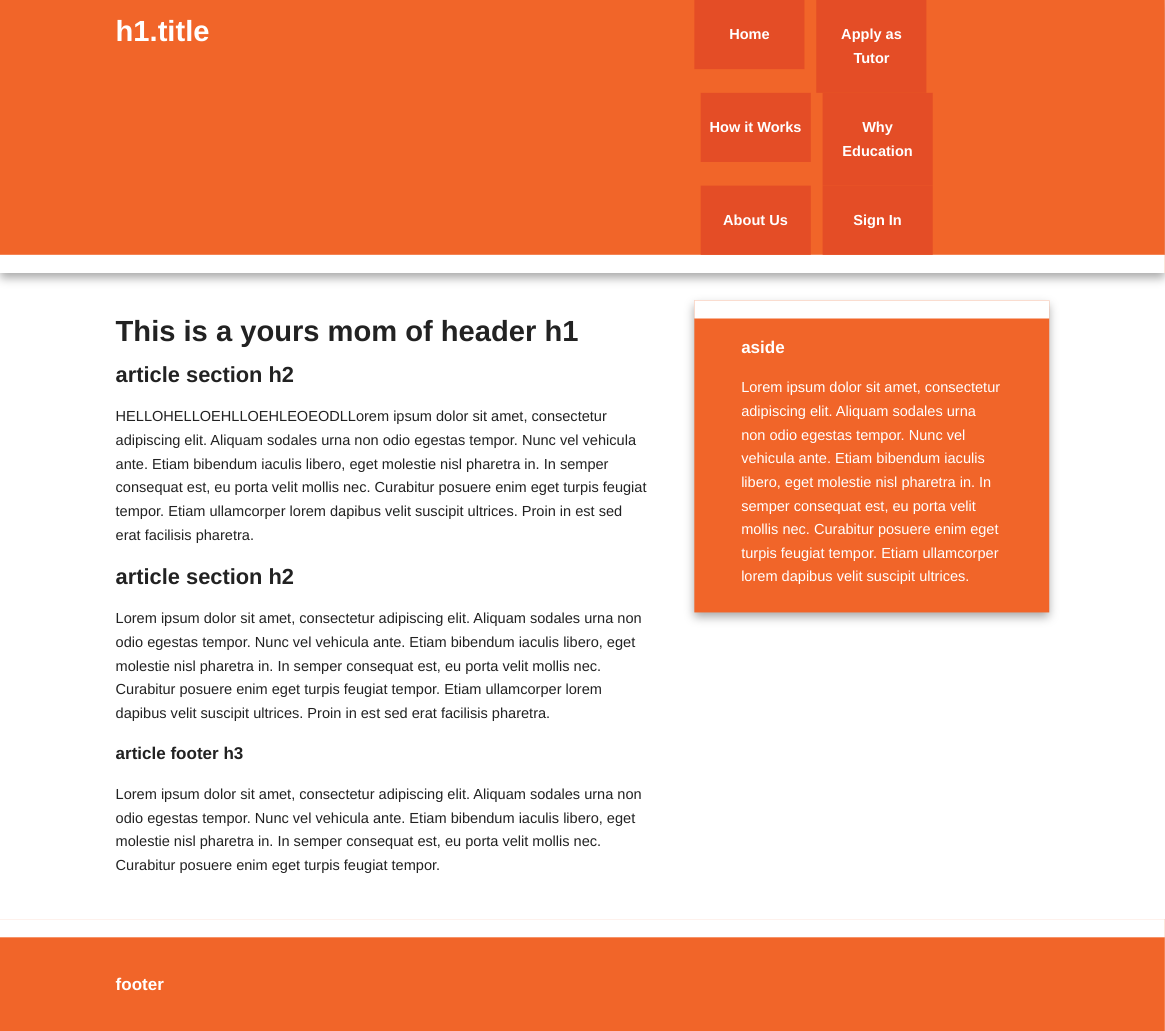
Repository: creativeday/Team1
Page: index.html
The author's editor kept a record of every edit. The page is drawn from the files as they stood at one moment, then again after the next edit.
The browser window is 1280 px wide. The pictures show the whole page, at 91% of full size.
Some web libraries are served in a nearby version.

Above is the page before.

After the next edit:
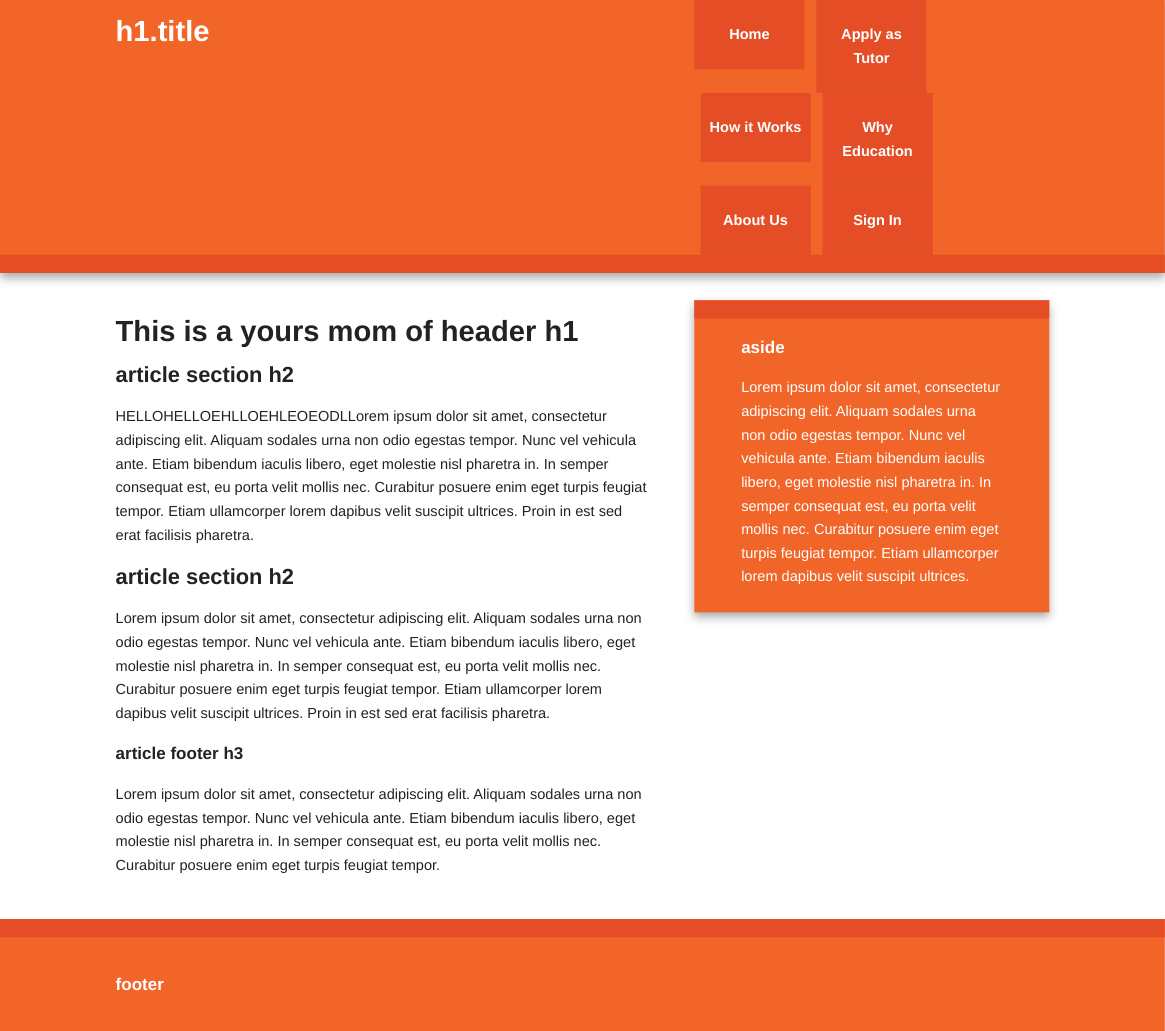
The edit:
--- a/css/main.css
+++ b/css/main.css
@@ -14,7 +14,7 @@
 }
 
 ::-moz-selection {
-    background: #ffffff;
+    background: #b3d4fc;
     text-shadow: none;
 }
 
@@ -75,12 +75,12 @@
    =================== */
 
 .header-container {
-    border-bottom: 20px solid #ffffff;
+    border-bottom: 20px solid #e44d26;
 }
 
 .footer-container,
 .main aside {
-    border-top: 20px solid #ffffff;
+    border-top: 20px solid #e44d26;
 }
 
 .header-container,
